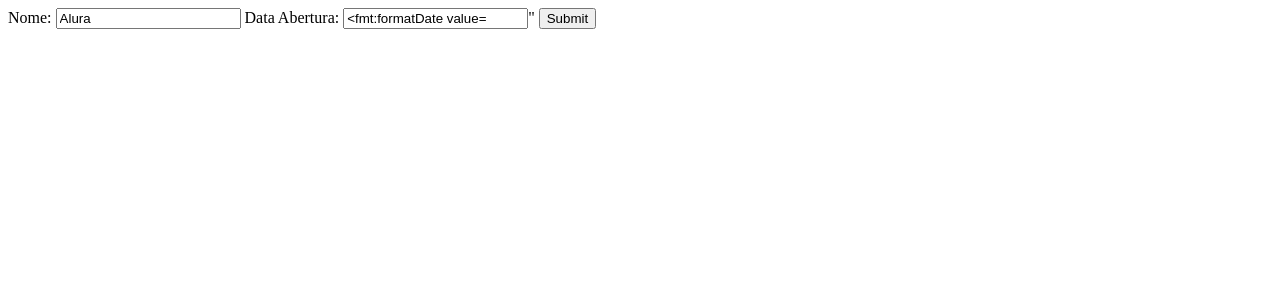
Repository: DiegoDBLe/JavaAlura
Page: http://localhost/gerenciador/mostraEmpresa?id=1
These files come from the project's save history. The page is drawn as it stood at one moment and after the next save; the edit follows.
The browser window is 1280 px wide. The pictures show the whole page.
The page is served by Tomcat 10. Other server files are loaded and not shown.

Above is the page before, as saved 2022-10-14 17:35:33.

### gerenciador/src/main/webapp/formAlteraEmpresa.jsp

<%@ taglib uri="http://java.sun.com/jsp/jstl/core" prefix="c" %>
<c:url value="/novaEmpresa" var="linkServletNovaEmpresa"/>
<!DOCTYPE html>
<html>
<head>
<meta charset="ISO-8859-1">
<title>Insert title here</title>
</head>
<body>

	<form action="${linkServletNovaEmpresa}" method="post">

		Nome: <input type="text" name="nome" value="${empresa.nome }"/>
		Data Abertura: <input type="text" name="data" value="<fmt:formatDate value="${empresa.dataAbertura}" pattern="dd/MM/yyyy"/>"

		<input type="submit">

	</form>

</body>
</html>

### gerenciador/src/main/java/br/com/alura/gerenciador/servlet/MostraEmpresaServlet.java
package br.com.alura.gerenciador.servlet;

import java.io.IOException;

import jakarta.servlet.RequestDispatcher;
import jakarta.servlet.ServletException;
import jakarta.servlet.http.HttpServlet;
import jakarta.servlet.http.HttpServletRequest;
import jakarta.servlet.http.HttpServletResponse;

/**
 	"/mostraEmpresa"
 */
public class MostraEmpresaServlet extends HttpServlet {
	private static final long serialVersionUID = 1L;

	protected void doGet(HttpServletRequest request, HttpServletResponse response) throws ServletException, IOException {

		String paramId = request.getParameter("id");
		Integer id = Integer.valueOf(paramId);

		Banco banco = new Banco();
		Empresa empresa = banco.buscarEmpresaById(id);

		// Mandar os dados da requisição para popular o formularios:
		request.setAttribute("empresa", empresa);
		// Dispachar a requisição para o arquivo JSP:
		RequestDispatcher rd = request.getRequestDispatcher("/formAlteraEmpresa.jsp");
		// Mandar a requisição e a resposta:
		rd.forward(request, response);

	}

}

### gerenciador/src/main/java/br/com/alura/gerenciador/servlet/Banco.java
package br.com.alura.gerenciador.servlet;

import java.util.ArrayList;
import java.util.Iterator;
import java.util.List;

public class Banco {

	private static List<Empresa> listaEmpresas = new ArrayList<>();
	private static Integer chaveSequencial = 1;

	static {
		Empresa empresa = new Empresa();
		empresa.setId(chaveSequencial++);
		empresa.setNome("Alura");

		Empresa empresa2 = new Empresa();
		empresa2.setId(chaveSequencial++);
		empresa2.setNome("Caelum");

		listaEmpresas.add(empresa);
		listaEmpresas.add(empresa2);
	}
	public void adicionar(Empresa empresa) {
		empresa.setId(Banco.chaveSequencial++);
		Banco.listaEmpresas.add(empresa);
	}

	public List<Empresa> getEmpresas(){
		return Banco.listaEmpresas;
	}

	public void removeEmpresa(Integer id) {

		// Usando o Iterator do tipo Empresa que recebe a lsiat de empresas com o método iterator(). Para iterar precisamos o usar o método hasNext() ou seja,
		// você tem um proximo elemento?? e o iterator vai responder se tem ou não.
		// Vamos usar o while para saber ( enquanto tiver proximo),{ empresa me dá o proximo elemento it.next()};
		// Depois a condição que verifica se o id da próxima empresa do iterator é igual ao id recebido no parametro, se for o iterator remove.
		Iterator<Empresa> it = listaEmpresas.iterator();

		while(it.hasNext()) {

			Empresa empresa = it.next();

			if(empresa.getId() == id) {
				it.remove();
			}
		}


		// Iterando com o for: Porém quando clicamos em remover o for não consegue iterar e alterar a lista ao mesmo tempo.Para isso vamos usar o Iterator
		// Primeiro fazemos um laço usando nossa lista e a cada iteração perguntamos se o id da empresa é igual ao id do parametro.
		//		for (Empresa empresa : listaEmpresas) {
		//			if(empresa.getId() == id) {
		//				listaEmpresas.remove(empresa);
		//			}
		//
		//		}

	}

	public Empresa buscarEmpresaById(Integer id) {
		for (Empresa empresa : listaEmpresas) {
			if(empresa.getId() == id) {
				return empresa;
			}
		}
		return null;
	}

}

### gerenciador/src/main/java/br/com/alura/gerenciador/servlet/Empresa.java
package br.com.alura.gerenciador.servlet;

import java.util.Date;

public class Empresa {

	private Integer id;
	private String nome;
	private Date dataAbertura = new Date();


	public Integer getId() {
		return id;
	}
	public void setId(Integer id) {
		this.id = id;
	}
	public String getNome() {
		return nome;
	}
	public void setNome(String nome) {
		this.nome = nome;
	}

	public Date getDataAbertura() {
		return dataAbertura;
	}

	public void setDataAbertura(Date dataAbertura) {
		this.dataAbertura = dataAbertura;
	}



}

After the next save:
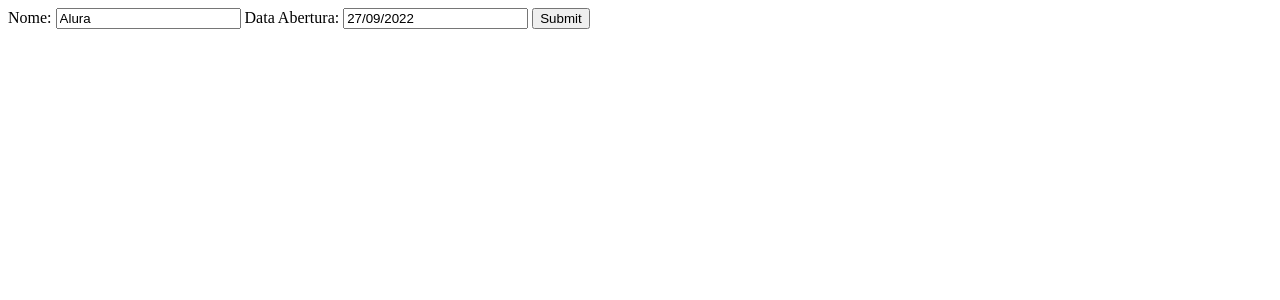
Saved 26 min 56 s later.
--- a/gerenciador/src/main/webapp/formAlteraEmpresa.jsp
+++ b/gerenciador/src/main/webapp/formAlteraEmpresa.jsp
@@ -1,5 +1,6 @@
 
 <%@ taglib uri="http://java.sun.com/jsp/jstl/core" prefix="c" %>
+<%@ taglib uri="http://java.sun.com/jsp/jstl/fmt" prefix="fmt" %>
 <c:url value="/novaEmpresa" var="linkServletNovaEmpresa"/>
 <!DOCTYPE html>
 <html>
@@ -12,7 +13,7 @@
 	<form action="${linkServletNovaEmpresa}" method="post">
 
 		Nome: <input type="text" name="nome" value="${empresa.nome }"/>
-		Data Abertura: <input type="text" name="data" value="<fmt:formatDate value="${empresa.dataAbertura}" pattern="dd/MM/yyyy"/>"
+		Data Abertura: <input type="text" name="data" value="<fmt:formatDate value="${empresa.dataAbertura}" pattern="dd/MM/yyyy"/>" />
 
 		<input type="submit">
 
